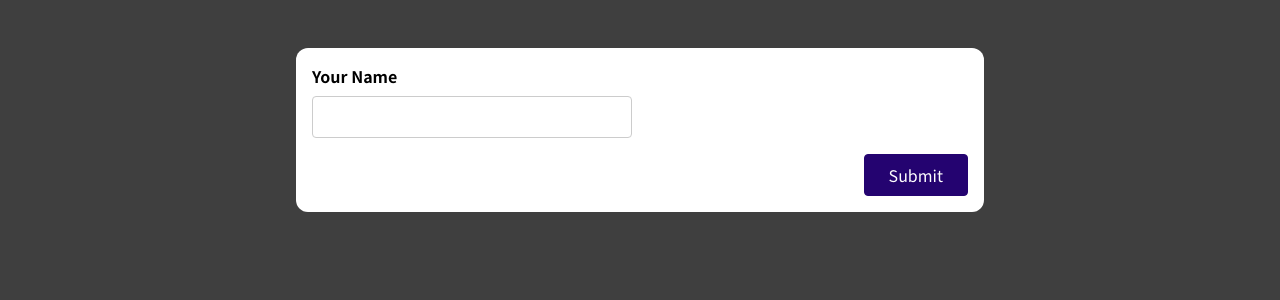
Repository: wenxi0504/08_Form-UserInput-React-
Page: /
The author's editor kept a copy of each file at every save. The page is drawn from the files as they stood at one save, then again after the next save.
The browser window is 1280 px wide. The pictures show the whole page.
The project was rebuilt for these pictures with package versions that can differ from the ones it lists, and the page was loaded fresh each time.

Above is the page before, as saved 2022-07-13 22:50:58.

After the next save:
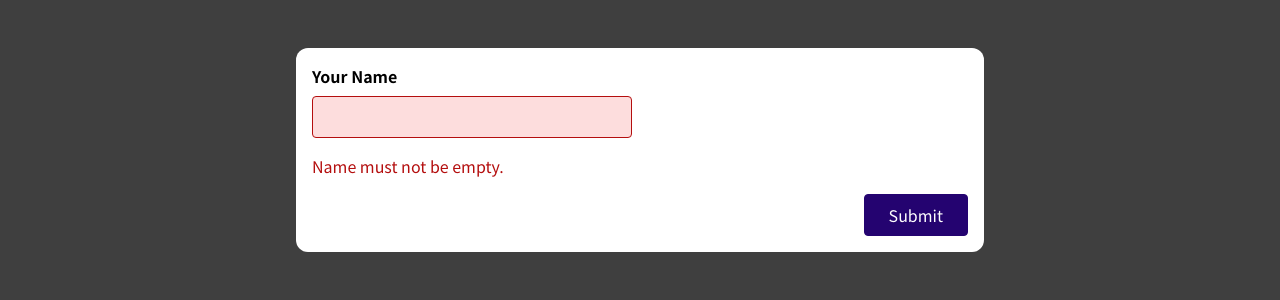
Saved 5 min 4 s later.
--- a/src/components/SimpleInput.js
+++ b/src/components/SimpleInput.js
@@ -6,7 +6,9 @@
 
   // method 1 use State,only needs the value once
   const [enteredName, setEnteredName] = useState("");
-  const [enteredNameIsValid, setEnteredNameIsValid] = useState(true);
+  const [enteredNameIsValid, setEnteredNameIsValid] = useState(false);
+  const [enteredNameTouched, setEnteredNameTouched] = useState(false);
+
   const nameInputChangeHandler = (event) => {
     setEnteredName(event.target.value);
   };
@@ -23,7 +25,7 @@
     console.log(enterValue);
 
     //nameInputRef.current.value='';=> NOT IDEAL,dont manipulate the dom
-    //setEnteredName('');
+    setEnteredName("");
   };
 
   const nameInputClasses = enteredNameIsValid
